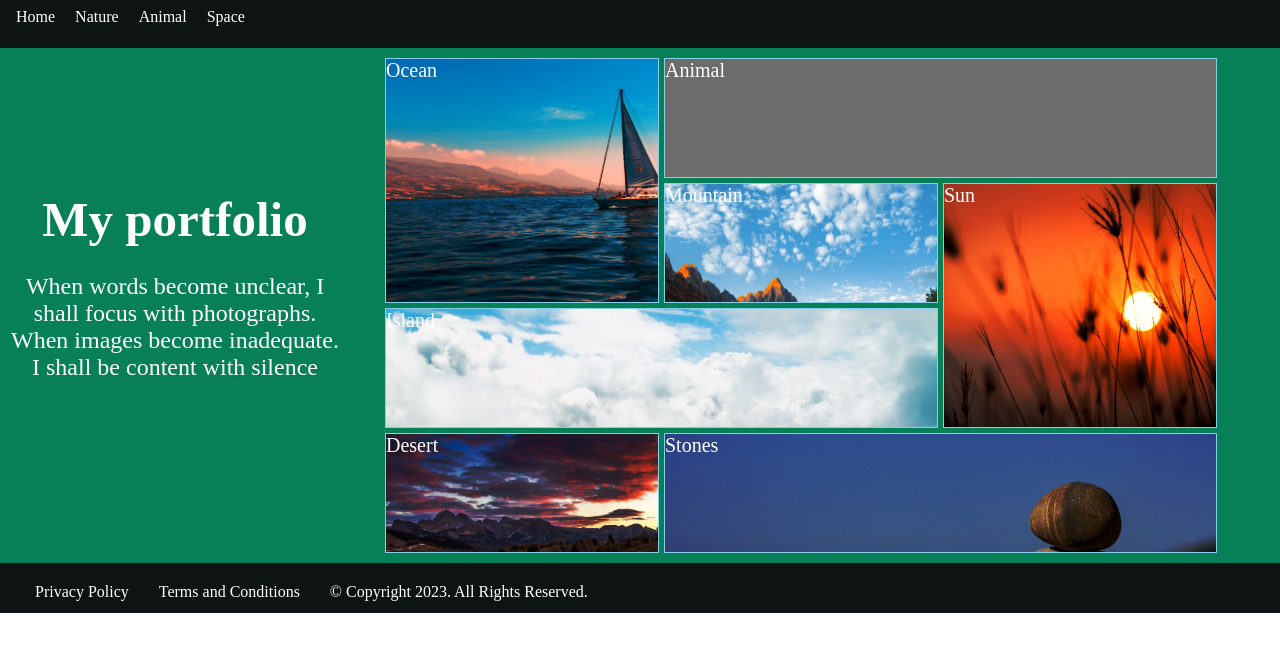
Repository: suraj-yadav7/03_Gallery_Portfolio
Page: index.html
An editor plug-in stored every save of this project. The page is shown before and after the next save, followed by the edit.
The browser window is 1280 px wide. The pictures show the whole page.
Pictures or frames that could not be fetched are drawn as grey boxes. Some web fonts or font styles are not loaded; a fallback is used.

Above is the page before, as saved 2023-02-14 21:44:39.

### index.html
<!DOCTYPE html>
<html lang="en">
<head>
    <meta charset="UTF-8">
    <meta http-equiv="X-UA-Compatible" content="IE=edge">
    <meta name="viewport" content="width=device-width, initial-scale=1.0">
    <title>Gallery</title>
    <link rel="stylesheet" href="style.css">
</head>
<body>
    <nav class="nav-section">
        <div class="nav-container">
        <ul class="nav-item flex">
            <li>    <a href="#">Home</a>   </li>
            <li>    <a href="#">Nature</a> </li>
            <li>    <a href="#">Animal</a> </li>
            <li>    <a href="#">Space</a> </li>
        </ul>
        </div>
    </nav>

        <div class="container flex">
            <div class="header-text">
                <h1 class="heading">My portfolio</h1>
                <p class="para">When words become unclear, I shall focus with photographs. When images become inadequate. I shall be content with silence</p>
            </div>
            <div class="gallery-layout">
                <div class="box" id="box1">Ocean</div>
                <div class="box" id="box2">Animal</div>
                <div class="box" id="box3">Mountain</div>
                <div class="box" id="box4">Sun</div>
                <div class="box" id="box5">Island</div>
                <div class="box" id="box6">Desert</div>
                <div class="box" id="box7">Stones</div>
            </div>
        </div>
        <footer>
            <div class="footer flex">
                <a>Privacy Policy</a>
                <a>Terms and Conditions</a>
                <a>© Copyright 2023. All Rights Reserved.</a>
            </div>
        </footer>
</body>
</html>

### style.css
@import url('https://fonts.googleapis.com/css2?family=Bodoni+Moda:ital,opsz@0,6..96;1,6..96&display=swap');

*{
    margin: 0;
    padding: 0;
    box-sizing: border-box;
}

:root{
    --primary-text-color: #1a0000;
    --secondary-text-color:  #33331a;
    --accent-color:  #cc99ff;
    --accent-dark-color: #4d88ff;
    --padding-inline-section: 20px;
}


/* Utility */


a{
    text-decoration: none;
    color: rgb(255, 255, 255);


}

.flex{
    display: flex;
    align-items: center;

}

/* Nav section */
.nav-container{
    background-color: rgb(14, 20, 20);
    padding: 1rem;
    font-family: 'Bodoni Moda', serif;
    font-size: 1rem;
    height: 3rem;


}
.nav-item{
    gap: 20px;
    list-style: none;
    margin-top: -0.5rem;
}
a:hover{
    color:#fff;
}

/*main -section */
.container{
    background-color: rgb(7, 127, 87);
    padding-block: 10px;
    gap: 35px;
    font-family: "bodoni modo" ;

}
.header-text{
    height: 250px;
   width: 350px;
    color: white;
    text-align: center;
    padding: 10px;

}
.heading{
    font-size: 49px;
}
.para{
    margin-top: 25px;
    font-size: 1.5rem;
}
.gallery-layout{
    display: grid;
    row-gap: 5px;
    column-gap: 5px;
    grid-template-columns: repeat(3, 1fr);
    grid-auto-rows: 120px;
    flex-basis: 65%;

}

.box{
    background-color: rgb(63, 60, 60);
    border: 1px solid skyblue;
    background-size: cover;
    background-position: top;
    background-blend-mode: hard-light;
    transition: all 1s ease-in-out;
    cursor: pointer;
    color: white;
    font-size: 20px;


}
.box:hover{
    background-color:rgb(210, 204, 204) ;
    background-position: center;

    box-shadow: 0 0 4px #fff;

}

#box1{
    grid-row: span 2;
    background-image: url("images/pexels-szelei-robert-1482193.jpg");


}

#box2{
    grid-column: span 2;
    background-image: url("images/pexels-dsd-1829979.jpg");

}
#box3{
    background-image: url("images/pexels-michael-block-3225517.jpg");

}

#box4{
    grid-row: span 2;
    background-image: url("images/pexels-darwis-alwan-1454752.jpg");
}

#box5{
    grid-column: span 2;
    background-image: url("images/pexels-michael-block-3225524.jpg");

}
#box6{
    background-image: url("images/pexels-michal-lizuch-2919720.jpg");

}

#box7{
    grid-column: span 2;
    background-image: url("images/pexels-pixabay-235990.jpg");

}


/* Footer */
footer{
    height: 50px;
    max-width: 100%;
    background-color: rgb(14, 20, 20);
    padding: var(--padding-inline-section);
    font-family: 'Bodoni Moda', serif;
    font-size: 1rem;
}
footer a{
padding-bottom: 0 20px;
margin: 0 15px;
}
/* media queries for Mobile Responsiveness */

@media screen and (max-width: 1024px){

    .container{
        flex-direction: column;
        padding: 20px;
    }
    .box{
        grid-column: span 3;
        grid-row: span 1;

    }
.gallery-layout{
    margin-top:-20px;
    width: 100%;
    grid-auto-rows: 100px;
    padding-inline: 12px;
    row-gap: 10px;

}
#box2, #box5, #box7{
    grid-column: span 3;
}

}

After the next save:
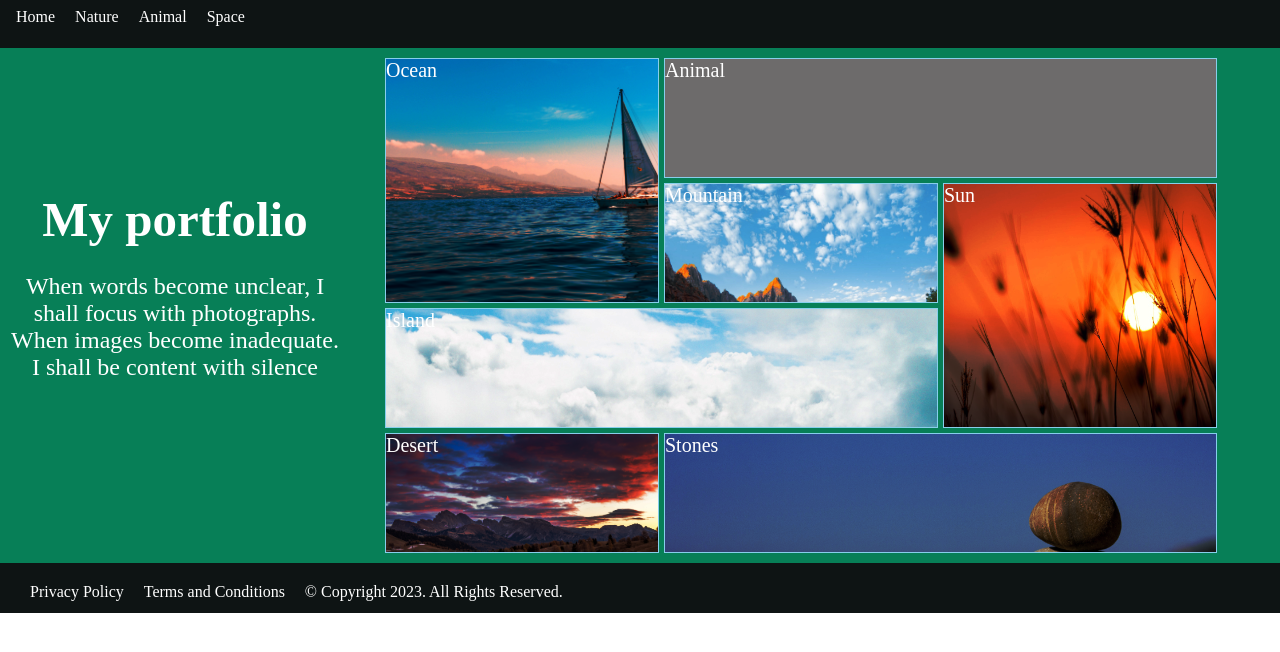
Saved 10 s later.
--- a/style.css
+++ b/style.css
@@ -154,7 +154,7 @@ footer{
 }
 footer a{
 padding-bottom: 0 20px;
-margin: 0 15px;
+margin: 0 10px;
 }
 /* media queries for Mobile Responsiveness */
 
